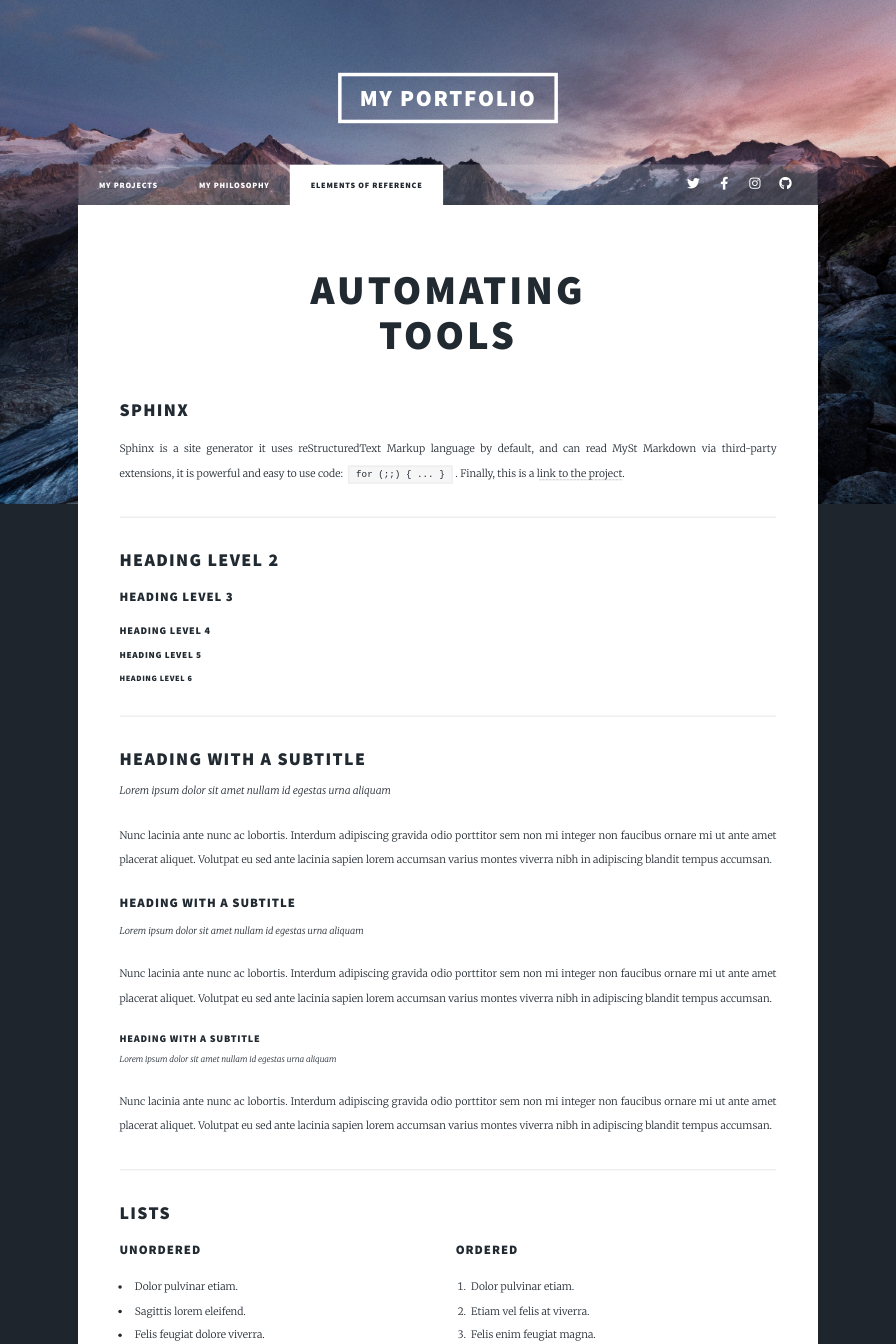
Repository: enlilsudo/Orlando-Portfolio
Page: elements.html
An editor plug-in stored every save of this project. The page is shown before and after the next save, followed by the edit.
The browser window is 1280 px wide. The pictures show the part of the page from y = 0 to 1920 px (the page is 9492 px tall), at 70% of full size.

Above is the page before, as saved 2023-02-19 12:17:04.

### elements.html
<!DOCTYPE HTML>
<!--
	Massively by HTML5 UP
	html5up.net | @ajlkn
	Free for personal and commercial use under the CCA 3.0 license (html5up.net/license)
-->
<html>
	<head>
		<title>Elements Reference - Massively by HTML5 UP</title>
		<meta charset="utf-8" />
		<meta name="viewport" content="width=device-width, initial-scale=1, user-scalable=no" />
		<link rel="stylesheet" href="assets/css/main.css" />
		<noscript><link rel="stylesheet" href="assets/css/noscript.css" /></noscript>
	</head>
	<body class="is-preload">

		<!-- Wrapper -->
			<div id="wrapper">

				<!-- Header -->
					<header id="header">
						<a href="index.html" class="logo">My Portfolio</a>
					</header>

				<!-- Nav -->
					<nav id="nav">
						<ul class="links">
							<li><a href="index.html">My Projects</a></li>
							<li><a href="generic.html">My Philosophy</a></li>
							<li class="active"><a href="elements.html">Elements of Reference</a></li>
						</ul>
						<ul class="icons">
							<li><a href="#" class="icon brands fa-twitter"><span class="label">Twitter</span></a></li>
							<li><a href="#" class="icon brands fa-facebook-f"><span class="label">Facebook</span></a></li>
							<li><a href="#" class="icon brands fa-instagram"><span class="label">Instagram</span></a></li>
							<li><a href="#" class="icon brands fa-github"><span class="label">GitHub</span></a></li>
						</ul>
					</nav>

				<!-- Main -->
					<div id="main">

						<!-- Post -->
							<section class="post">
								<header class="major">
									<h1>Automating<br />
									Tools</h1>
								</header>

								<!-- Text stuff -->
									<h2>Sphinx</h2>
									<p>Sphinx is a site generator it uses reStructuredText
									Markup language by default, and can read MySt Markdown via third-party
									extensions, it is powerful and easy to use code: <code>for (;;) { ... }</code>.
									Finally, this is a <a href="https://www.sphinx-doc.org/en/master/#get-started">link to the project</a>.</p>
									<hr />
									<h2>Heading Level 2</h2>
									<h3>Heading Level 3</h3>
									<h4>Heading Level 4</h4>
									<h5>Heading Level 5</h5>
									<h6>Heading Level 6</h6>
									<hr />
									<header>
										<h2>Heading with a Subtitle</h2>
										<p>Lorem ipsum dolor sit amet nullam id egestas urna aliquam</p>
									</header>
									<p>Nunc lacinia ante nunc ac lobortis. Interdum adipiscing gravida odio porttitor sem non mi integer non faucibus ornare mi ut ante amet placerat aliquet. Volutpat eu sed ante lacinia sapien lorem accumsan varius montes viverra nibh in adipiscing blandit tempus accumsan.</p>
									<header>
										<h3>Heading with a Subtitle</h3>
										<p>Lorem ipsum dolor sit amet nullam id egestas urna aliquam</p>
									</header>
									<p>Nunc lacinia ante nunc ac lobortis. Interdum adipiscing gravida odio porttitor sem non mi integer non faucibus ornare mi ut ante amet placerat aliquet. Volutpat eu sed ante lacinia sapien lorem accumsan varius montes viverra nibh in adipiscing blandit tempus accumsan.</p>
									<header>
										<h4>Heading with a Subtitle</h4>
										<p>Lorem ipsum dolor sit amet nullam id egestas urna aliquam</p>
									</header>
									<p>Nunc lacinia ante nunc ac lobortis. Interdum adipiscing gravida odio porttitor sem non mi integer non faucibus ornare mi ut ante amet placerat aliquet. Volutpat eu sed ante lacinia sapien lorem accumsan varius montes viverra nibh in adipiscing blandit tempus accumsan.</p>

									<hr />

								<!-- Lists -->
									<h2>Lists</h2>
									<div class="row">
										<div class="col-6 col-12-small">

											<h3>Unordered</h3>
											<ul>
												<li>Dolor pulvinar etiam.</li>
												<li>Sagittis lorem eleifend.</li>
												<li>Felis feugiat dolore viverra.</li>
												<li>Dolor pulvinar etiam.</li>
											</ul>

											<h3>Alternate</h3>
											<ul class="alt">
												<li>Dolor pulvinar etiam etiam.</li>
												<li>Sagittis adipiscing eleifend.</li>
												<li>Felis enim dolore viverra.</li>
												<li>Dolor pulvinar etiam etiam.</li>
											</ul>

										</div>
										<div class="col-6 col-12-small">

											<h3>Ordered</h3>
											<ol>
												<li>Dolor pulvinar etiam.</li>
												<li>Etiam vel felis at viverra.</li>
												<li>Felis enim feugiat magna.</li>
												<li>Etiam vel felis nullam.</li>
												<li>Felis enim et tempus.</li>
											</ol>

											<h3>Icons</h3>
											<ul class="icons">
												<li><a href="#" class="icon brands fa-twitter"><span class="label">Twitter</span></a></li>
												<li><a href="#" class="icon brands fa-facebook-f"><span class="label">Facebook</span></a></li>
												<li><a href="#" class="icon brands fa-instagram"><span class="label">Instagram</span></a></li>
												<li><a href="#" class="icon brands fa-github"><span class="label">Github</span></a></li>
												<li><a href="#" class="icon brands fa-dribbble"><span class="label">Dribbble</span></a></li>
											</ul>
											<ul class="icons alt">
												<li><a href="#" class="icon brands alt fa-twitter"><span class="label">Twitter</span></a></li>
												<li><a href="#" class="icon brands alt fa-facebook-f"><span class="label">Facebook</span></a></li>
												<li><a href="#" class="icon brands alt fa-instagram"><span class="label">Instagram</span></a></li>
												<li><a href="#" class="icon brands alt fa-github"><span class="label">Github</span></a></li>
												<li><a href="#" class="icon brands alt fa-dribbble"><span class="label">Dribbble</span></a></li>
											</ul>

										</div>
									</div>
									<h3>Definition</h3>
									<dl>
										<dt>Item 1</dt>
										<dd>
											<p>Lorem ipsum dolor vestibulum ante ipsum primis in faucibus vestibulum. Blandit adipiscing eu felis iaculis volutpat ac adipiscing accumsan eu faucibus. Integer ac pellentesque praesent.</p>
										</dd>
										<dt>Item 2</dt>
										<dd>
											<p>Lorem ipsum dolor vestibulum ante ipsum primis in faucibus vestibulum. Blandit adipiscing eu felis iaculis volutpat ac adipiscing accumsan eu faucibus. Integer ac pellentesque praesent.</p>
										</dd>
										<dt>Item 3</dt>
										<dd>
											<p>Lorem ipsum dolor vestibulum ante ipsum primis in faucibus vestibulum. Blandit adipiscing eu felis iaculis volutpat ac adipiscing accumsan eu faucibus. Integer ac pellentesque praesent.</p>
										</dd>
									</dl>

									<h3>Actions</h3>
									<ul class="actions">
										<li><a href="#" class="button primary">Primary</a></li>
										<li><a href="#" class="button">Default</a></li>
									</ul>
									<ul class="actions small">
										<li><a href="#" class="button primary small">Small</a></li>
										<li><a href="#" class="button small">Small</a></li>
									</ul>
									<div class="row">
										<div class="col-6 col-12-small">
											<ul class="actions stacked">
												<li><a href="#" class="button primary">Default</a></li>
												<li><a href="#" class="button">Default</a></li>
											</ul>
										</div>
										<div class="col-6 col-12-small">
											<ul class="actions stacked">
												<li><a href="#" class="button primary small">Small</a></li>
												<li><a href="#" class="button small">Small</a></li>
											</ul>
										</div>
									</div>
									<div class="row">
										<div class="col-6 col-12-small">
											<ul class="actions stacked">
												<li><a href="#" class="button primary fit">Default</a></li>
												<li><a href="#" class="button fit">Default</a></li>
											</ul>
										</div>
										<div class="col-6 col-12-small">
											<ul class="actions stacked">
												<li><a href="#" class="button primary small fit">Small</a></li>
												<li><a href="#" class="button small fit">Small</a></li>
											</ul>
										</div>
									</div>

									<hr />

								<!-- Blockquote -->
									<h2>Blockquote</h2>
									<blockquote>Fringilla nisl. Donec accumsan interdum nisi, quis tincidunt felis sagittis eget tempus euismod. Vestibulum ante ipsum primis in faucibus vestibulum. Blandit adipiscing eu felis iaculis volutpat ac adipiscing accumsan faucibus. Vestibulum ante ipsum primis in faucibus vestibulum. Blandit adipiscing eu felis.</blockquote>

									<hr />

								<!-- Table -->
									<h2>Table</h2>

									<h3>Default</h3>
									<div class="table-wrapper">
										<table>
											<thead>
												<tr>
													<th>Name</th>
													<th>Description</th>
													<th>Price</th>
												</tr>
											</thead>
											<tbody>
												<tr>
													<td>Item 1</td>
													<td>Ante turpis integer aliquet porttitor.</td>
													<td>29.99</td>
												</tr>
												<tr>
													<td>Item 2</td>
													<td>Vis ac commodo adipiscing arcu aliquet.</td>
													<td>19.99</td>
												</tr>
												<tr>
													<td>Item 3</td>
													<td> Morbi faucibus arcu accumsan lorem.</td>
													<td>29.99</td>
												</tr>
												<tr>
													<td>Item 4</td>
													<td>Vitae integer tempus condimentum.</td>
													<td>19.99</td>
												</tr>
												<tr>
													<td>Item 5</td>
													<td>Ante turpis integer aliquet porttitor.</td>
													<td>29.99</td>
												</tr>
											</tbody>
											<tfoot>
												<tr>
													<td colspan="2"></td>
													<td>100.00</td>
												</tr>
											</tfoot>
										</table>
									</div>

									<h3>Alternate</h3>
									<div class="table-wrapper">
										<table class="alt">
											<thead>
												<tr>
													<th>Name</th>
													<th>Description</th>
													<th>Price</th>
												</tr>
											</thead>
											<tbody>
												<tr>
													<td>Item 1</td>
													<td>Ante turpis integer aliquet porttitor.</td>
													<td>29.99</td>
												</tr>
												<tr>
													<td>Item 2</td>
													<td>Vis ac commodo adipiscing arcu aliquet.</td>
													<td>19.99</td>
												</tr>
												<tr>
													<td>Item 3</td>
													<td> Morbi faucibus arcu accumsan lorem.</td>
													<td>29.99</td>
												</tr>
												<tr>
													<td>Item 4</td>
													<td>Vitae integer tempus condimentum.</td>
													<td>19.99</td>
												</tr>
												<tr>
													<td>Item 5</td>
													<td>Ante turpis integer aliquet porttitor.</td>
													<td>29.99</td>
												</tr>
											</tbody>
											<tfoot>
												<tr>
													<td colspan="2"></td>
													<td>100.00</td>
												</tr>
											</tfoot>
										</table>
									</div>

									<hr />

								<!-- Buttons -->
									<h2>Buttons</h2>
									<ul class="actions">
										<li><a href="#" class="button primary">Primary</a></li>
										<li><a href="#" class="button">Default</a></li>
									</ul>
									<ul class="actions">
										<li><a href="#" class="button primary large">Large</a></li>
										<li><a href="#" class="button">Default</a></li>
										<li><a href="#" class="button small">Small</a></li>
									</ul>
									<ul class="actions fit">
										<li><a href="#" class="button primary fit">Fit</a></li>
										<li><a href="#" class="button fit">Fit</a></li>
									</ul>
									<ul class="actions fit small">
										<li><a href="#" class="button primary fit small">Fit + Small</a></li>
										<li><a href="#" class="button fit small">Fit + Small</a></li>
									</ul>
									<ul class="actions">
										<li><a href="#" class="button primary icon solid fa-search">Icon</a></li>
										<li><a href="#" class="button icon solid fa-download">Icon</a></li>
									</ul>
									<ul class="actions">
										<li><span class="button primary disabled">Primary</span></li>
										<li><span class="button disabled">Default</span></li>
									</ul>

									<hr />

								<!-- Form -->
									<h2>Form</h2>

									<form method="post" action="#">
										<div class="row gtr-uniform">
											<div class="col-6 col-12-xsmall">
												<input type="text" name="demo-name" id="demo-name" value="" placeholder="Name" />
											</div>
											<div class="col-6 col-12-xsmall">
												<input type="email" name="demo-email" id="demo-email" value="" placeholder="Email" />
											</div>
											<!-- Break -->
											<div class="col-12">
												<select name="demo-category" id="demo-category">
													<option value="">- Category -</option>
													<option value="1">Manufacturing</option>
													<option value="1">Shipping</option>
													<option value="1">Administration</option>
													<option value="1">Human Resources</option>
												</select>
											</div>
											<!-- Break -->
											<div class="col-4 col-12-small">
												<input type="radio" id="demo-priority-low" name="demo-priority" checked>
												<label for="demo-priority-low">Low</label>
											</div>
											<div class="col-4 col-12-small">
												<input type="radio" id="demo-priority-normal" name="demo-priority">
												<label for="demo-priority-normal">Normal</label>
											</div>
											<div class="col-4 col-12-small">
												<input type="radio" id="demo-priority-high" name="demo-priority">
												<label for="demo-priority-high">High</label>
											</div>
											<!-- Break -->
											<div class="col-6 col-12-small">
												<input type="checkbox" id="demo-copy" name="demo-copy">
												<label for="demo-copy">Email me a copy</label>
											</div>
											<div class="col-6 col-12-small">
												<input type="checkbox" id="demo-human" name="demo-human" checked>
												<label for="demo-human">I am a human</label>
											</div>
											<!-- Break -->
											<div class="col-12">
												<textarea name="demo-message" id="demo-message" placeholder="Enter your message" rows="6"></textarea>
											</div>
											<!-- Break -->
											<div class="col-12">
												<ul class="actions">
													<li><input type="submit" value="Send Message" class="primary" /></li>
													<li><input type="reset" value="Reset" /></li>
												</ul>
											</div>
										</div>
									</form>

									<hr />

								<!-- Image -->
									<h2>Image</h2>

									<h3>Fit</h3>
									<span class="image fit"><img src="images/pic01.jpg" alt="" /></span>
									<div class="box alt">
										<div class="row gtr-50 gtr-uniform">
											<div class="col-4"><span class="image fit"><img src="images/pic02.jpg" alt="" /></span></div>
											<div class="col-4"><span class="image fit"><img src="images/pic03.jpg" alt="" /></span></div>
											<div class="col-4"><span class="image fit"><img src="images/pic04.jpg" alt="" /></span></div>
											<!-- Break -->
											<div class="col-4"><span class="image fit"><img src="images/pic04.jpg" alt="" /></span></div>
											<div class="col-4"><span class="image fit"><img src="images/pic02.jpg" alt="" /></span></div>
											<div class="col-4"><span class="image fit"><img src="images/pic03.jpg" alt="" /></span></div>
											<!-- Break -->
											<div class="col-4"><span class="image fit"><img src="images/pic03.jpg" alt="" /></span></div>
											<div class="col-4"><span class="image fit"><img src="images/pic04.jpg" alt="" /></span></div>
											<div class="col-4"><span class="image fit"><img src="images/pic02.jpg" alt="" /></span></div>
										</div>
									</div>

									<h3>Left &amp; Right</h3>
									<p><span class="image left"><img src="images/pic08.jpg" alt="" /></span>Lorem ipsum dolor sit accumsan interdum nisi, quis tincidunt felis sagittis eget. tempus euismod. Vestibulum ante ipsum primis in faucibus vestibulum. Blandit adipiscing eu felis iaculis volutpat ac adipiscing accumsan eu faucibus. Integer ac pellentesque praesent tincidunt felis sagittis eget. tempus euismod. Vestibulum ante ipsum primis sagittis eget. tempus euismod. Vestibulum ante ipsum primis in faucibus vestibulum. Blandit adipiscing eu felis iaculis volutpat ac adipiscing accumsan eu faucibus. Integer ac pellentesque praesent tincidunt felis sagittis eget. tempus euismod. Vestibulum ante ipsum primis in faucibus vestibulum. Blandit adipiscing eu felis iaculis volutpat ac adipiscing accumsan eu faucibus. Integer ac pellentesque praesent. Vestibulum ante ipsum primis in faucibus magna blandit adipiscing eu felis iaculis.</p>
									<p><span class="image right"><img src="images/pic09.jpg" alt="" /></span>Lorem ipsum dolor sit accumsan interdum nisi, quis tincidunt felis sagittis eget. tempus euismod. Vestibulum ante ipsum primis in faucibus vestibulum. Blandit adipiscing eu felis iaculis volutpat ac adipiscing accumsan eu faucibus. Integer ac pellentesque praesent tincidunt felis sagittis eget. tempus euismod. Vestibulum ante ipsum primis sagittis eget. tempus euismod. Vestibulum ante ipsum primis in faucibus vestibulum. Blandit adipiscing eu felis iaculis volutpat ac adipiscing accumsan eu faucibus. Integer ac pellentesque praesent tincidunt felis sagittis eget. tempus euismod. Vestibulum ante ipsum primis in faucibus vestibulum. Blandit adipiscing eu felis iaculis volutpat ac adipiscing accumsan eu faucibus. Integer ac pellentesque praesent. Vestibulum ante ipsum primis in faucibus magna blandit adipiscing eu felis iaculis.</p>

									<hr />

								<!-- Box -->
									<h2>Box</h2>
									<div class="box">
										<p>Felis sagittis eget tempus primis in faucibus vestibulum. Blandit adipiscing eu felis iaculis volutpat ac adipiscing accumsan eu faucibus. Integer ac pellentesque praesent tincidunt felis sagittis eget. tempus euismod. Magna sed etiam ante ipsum primis in faucibus vestibulum. Blandit adipiscing eu ipsum primis in faucibus vestibulum. Blandit adipiscing eu felis iaculis volutpat ac adipiscing accumsan eu faucibus lorem ipsum dolor sit amet nullam. Integer ac pellentesque praesent tincidunt felis sagittis eget. tempus euismod. Vestibulum ante ipsum primis sagittis eget. tempus euismod. Vestibulum ante ipsum primis in faucibus vestibulum. Blandit adipiscing eu felis iaculis volutpat ac adipiscing accumsan eu faucibus. Integer ac pellentesque praesent tincidunt felis sagittis eget. tempus euismod. Vestibulum ante ipsum primis in faucibus vestibulum. Blandit adipiscing eu felis iaculis volutpat ac adipiscing accumsan eu faucibus. Integer ac pellentesque praesent. Vestibulum ante ipsum primis in faucibus magna blandit adipiscing eu felis iaculis volutpat lorem ipsum dolor.</p>
									</div>

									<hr />

								<!-- Preformatted Code -->
									<h2>Preformatted</h2>
									<pre><code>i = 0;

while (!deck.isInOrder()) {
    print 'Iteration ' + i;
    deck.shuffle();
    i++;
}

print 'It took ' + i + ' iterations to sort the deck.';
</code></pre>

							</section>

					</div>

				<!-- Footer -->
					<footer id="footer">
						<section>
							<form method="post" action="#">
								<div class="fields">
									<div class="field">
										<label for="name">Name</label>
										<input type="text" name="name" id="name" />
									</div>
									<div class="field">
										<label for="email">Email</label>
										<input type="text" name="email" id="email" />
									</div>
									<div class="field">
										<label for="message">Message</label>
										<textarea name="message" id="message" rows="3"></textarea>
									</div>
								</div>
								<ul class="actions">
									<li><input type="submit" value="Send Message" /></li>
								</ul>
							</form>
						</section>
						<section class="split contact">
							<section class="alt">
								<h3>Address</h3>
								<p>1234 Somewhere Road #87257<br />
								Nashville, TN 00000-0000</p>
							</section>
							<section>
								<h3>Phone</h3>
								<p><a href="#">(000) 000-0000</a></p>
							</section>
							<section>
								<h3>Email</h3>
								<p><a href="#">info@untitled.tld</a></p>
							</section>
							<section>
								<h3>Social</h3>
								<ul class="icons alt">
									<li><a href="#" class="icon brands alt fa-twitter"><span class="label">Twitter</span></a></li>
									<li><a href="#" class="icon brands alt fa-facebook-f"><span class="label">Facebook</span></a></li>
									<li><a href="#" class="icon brands alt fa-instagram"><span class="label">Instagram</span></a></li>
									<li><a href="#" class="icon brands alt fa-github"><span class="label">GitHub</span></a></li>
								</ul>
							</section>
						</section>
					</footer>

				<!-- Copyright -->
					<div id="copyright">
						<ul><li>&copy; Untitled</li><li>Design: <a href="https://html5up.net">HTML5 UP</a></li></ul>
					</div>

			</div>

		<!-- Scripts -->
			<script src="assets/js/jquery.min.js"></script>
			<script src="assets/js/jquery.scrollex.min.js"></script>
			<script src="assets/js/jquery.scrolly.min.js"></script>
			<script src="assets/js/browser.min.js"></script>
			<script src="assets/js/breakpoints.min.js"></script>
			<script src="assets/js/util.js"></script>
			<script src="assets/js/main.js"></script>

	</body>
</html>

Loaded but not shown: assets/js/jquery.min.js (library); assets/js/jquery.scrollex.min.js (common file); assets/js/jquery.scrolly.min.js (common file); assets/js/browser.min.js (common file); assets/js/breakpoints.min.js (common file); assets/css/fontawesome-all.min.css (library); assets/js/util.js (587 lines, source omitted); assets/js/main.js (258 lines, source omitted); assets/css/main.css (4689 lines, source omitted)

After the next save:
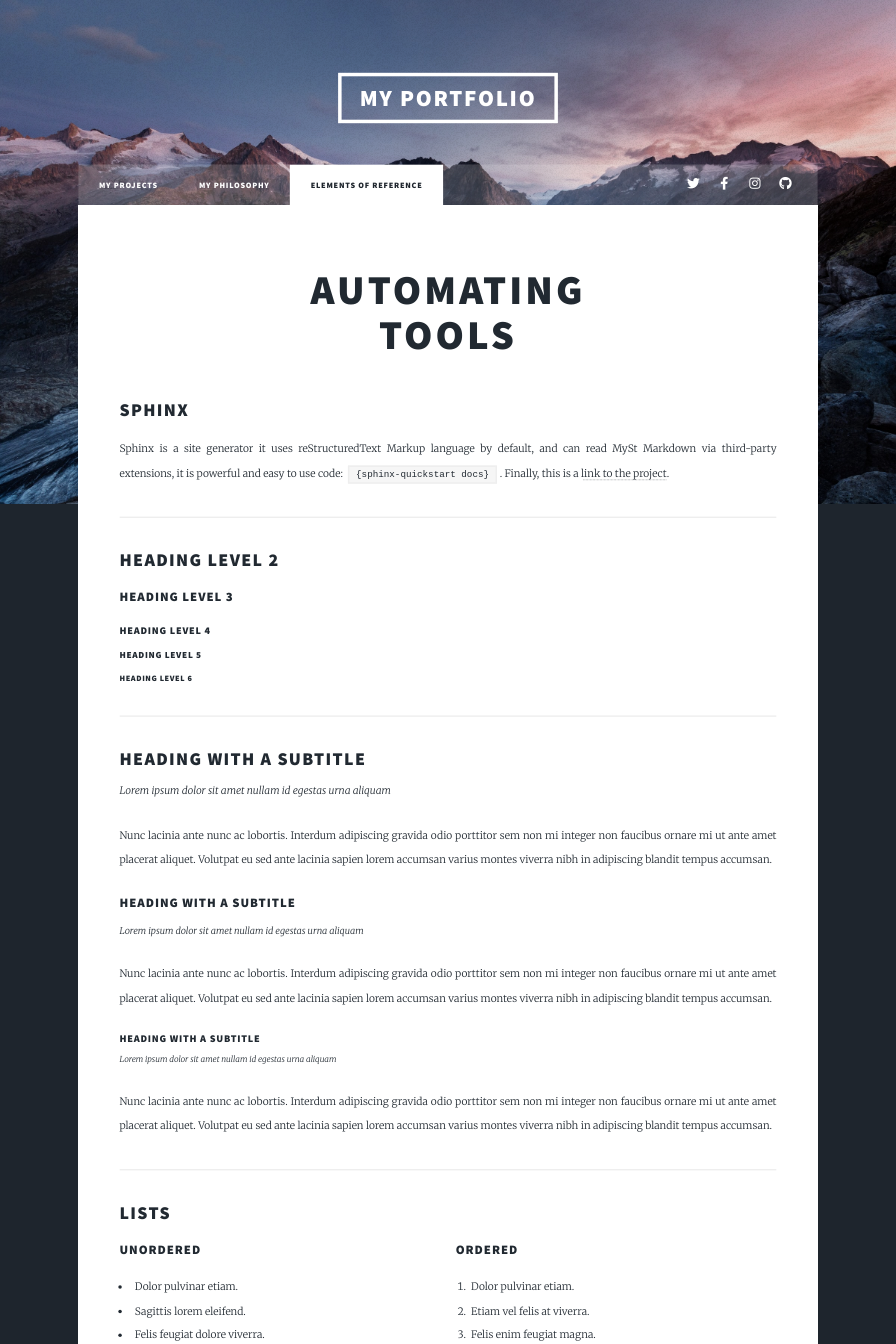
Saved 2 min 10 s later.
--- a/elements.html
+++ b/elements.html
@@ -51,7 +51,7 @@
 									<h2>Sphinx</h2>
 									<p>Sphinx is a site generator it uses reStructuredText
 									Markup language by default, and can read MySt Markdown via third-party
-									extensions, it is powerful and easy to use code: <code>for (;;) { ... }</code>.
+									extensions, it is powerful and easy to use code: <code>{sphinx-quickstart docs}</code>.
 									Finally, this is a <a href="https://www.sphinx-doc.org/en/master/#get-started">link to the project</a>.</p>
 									<hr />
 									<h2>Heading Level 2</h2>
